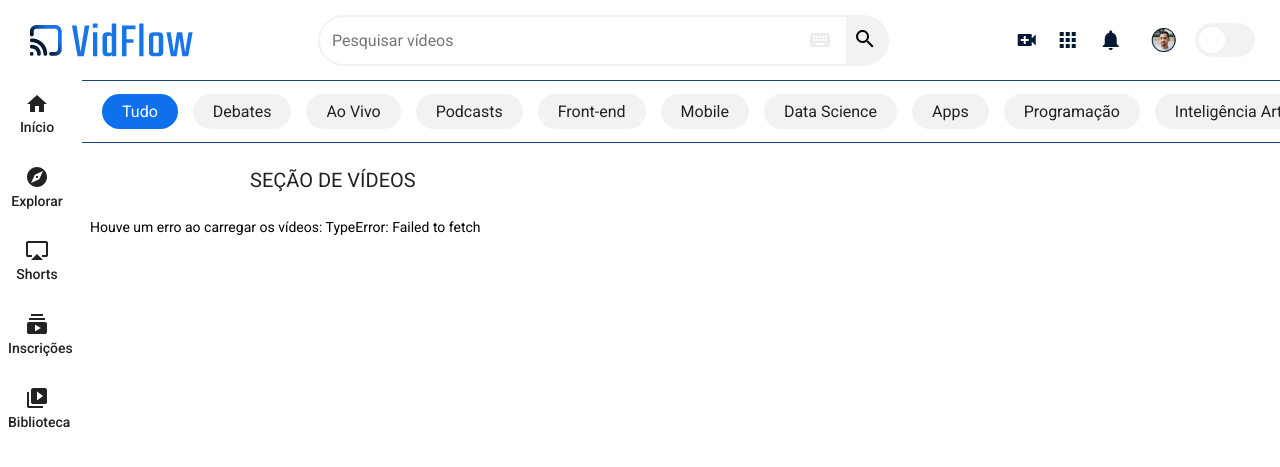
Repository: joaoPraiaJunior/curso-consumindo-api
Page: index.html
The author's editor kept a copy of each file at every save. The page is drawn from the files as they stood at one save, then again after the next save.
The browser window is 1280 px wide. The pictures show the whole page.
The page's requests for data from a server got no answer.

Above is the page before, as saved 2024-08-20 21:11:57.

After the next save:
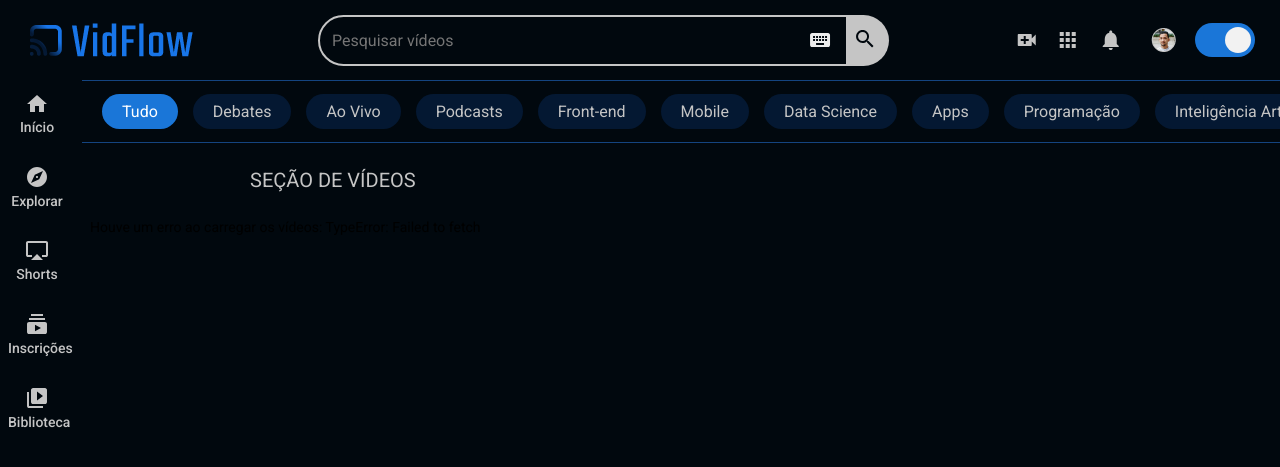
Saved 47 s later.
--- a/js/temaEscuro.js
+++ b/js/temaEscuro.js
@@ -9,17 +9,17 @@ function temaEscuro() {
     const paginaCompleta = document.querySelector(elementos.paginaCompleta);
 
 
-    function modoEscuro() {
-        if(botaoModoEscuro.checked) {
+    function modoEscuro(ativo) {
+        if(ativo) {
+            paginaCompleta.classList.remove('modo-escuro');
+            botaoModoEscuro.setAttribute('aria-checked', 'false');
+            botaoModoEscuro.setAttribute('aria-label', 'Modo claro da página');
+            localStorage.removeItem('classe');
+        } else {
             paginaCompleta.classList.add('modo-escuro');
             botaoModoEscuro.setAttribute('aria-checked', 'true');
             botaoModoEscuro.setAttribute('aria-label', 'Modo escuro da página');
             localStorage.setItem('classe', 'modo-escuro');
-        } else {
-            paginaCompleta.classList.remove('modo-escuro');
-            botaoModoEscuro.setAttribute('aria-checked', 'false');
-            botaoModoEscuro.setAttribute('aria-label', 'Modo claro da página');
-            localStorage.removeItem('classe');
         }
     }
 

After the save that followed:
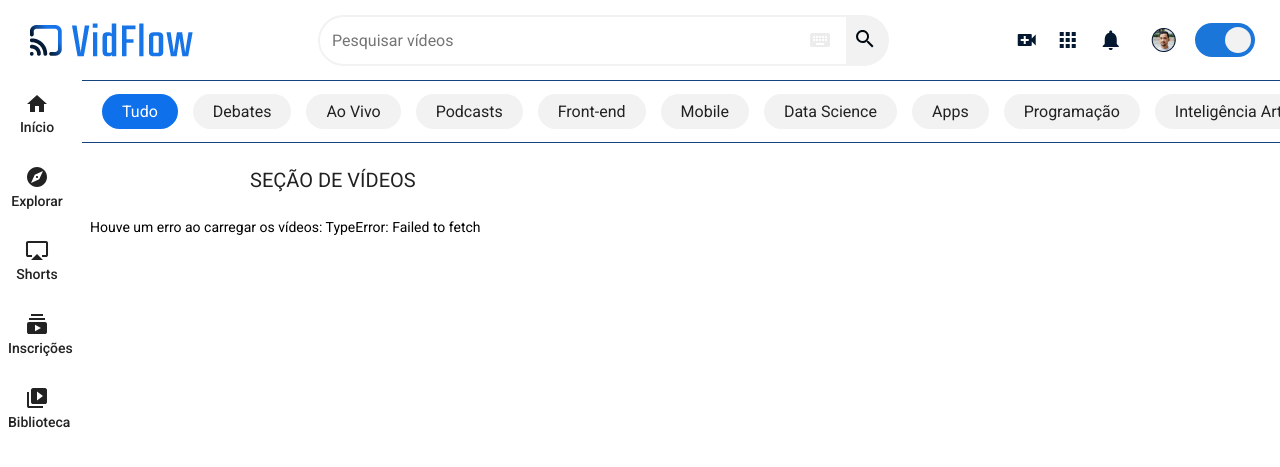
Saved 82 s later.
--- a/js/temaEscuro.js
+++ b/js/temaEscuro.js
@@ -24,13 +24,9 @@ function temaEscuro() {
     }
 
     function verificarModoEscuro() {
-        const modoEscuro = localStorage.getItem('classe');
-        if(modoEscuro) {
-            paginaCompleta.classList.add('modo-escuro');
+        const modoEscuroAtivo = localStorage.getItem('classe') === 'modo-escuro';
             botaoModoEscuro.checked = true;
-            botaoModoEscuro.setAttribute('aria-checked', 'true');
-            botaoModoEscuro.setAttribute('aria-label', 'Modo escuro da página');
-        }
+            modoEscuro(modoEscuroAtivo);
     }
 
     botaoModoEscuro.addEventListener('change', modoEscuro(botaoModoEscuro.checked));
